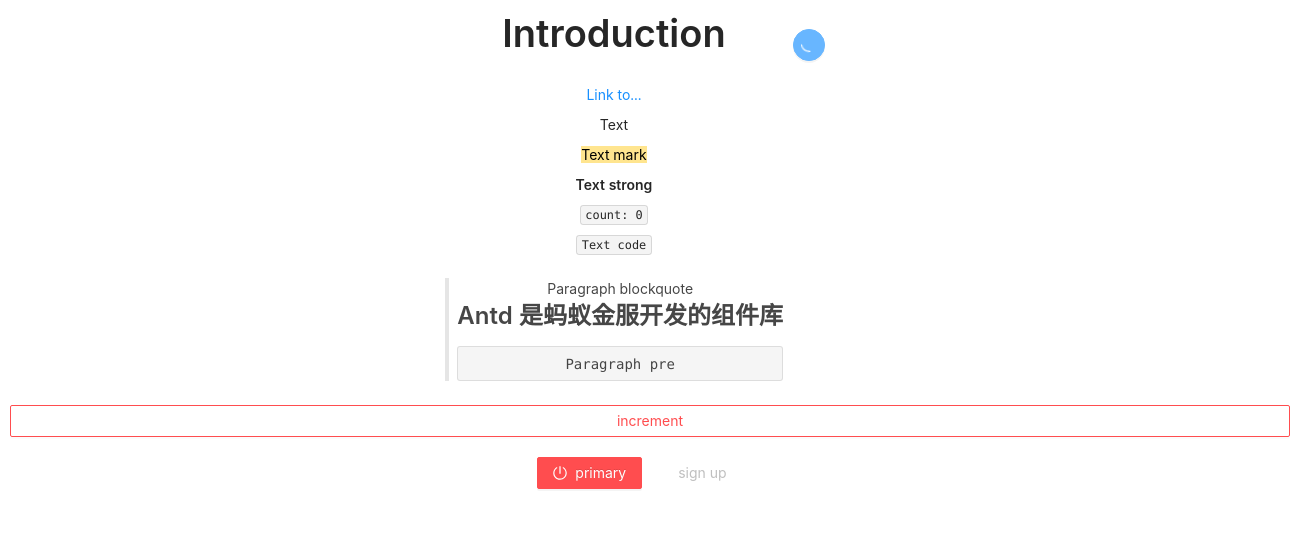
Repository: ErosHai/antd-demo
Page: /
The author's editor kept a copy of each file at every save. The page is drawn from the files as they stood at one save, then again after the next save.
The browser window is 1280 px wide. The page is 1300 px wide, so the pictures cover 1300 px, including what lies to the right of the window. The pictures show the whole page.
The project was rebuilt for these pictures with package versions that can differ from the ones it lists, and the page was loaded fresh each time.

Above is the page before, as saved 2022-04-12 15:37:10.

### src/index.js
import React from 'react'
import { createRoot } from 'react-dom/client'
import './index.css'
import App from './App'
import reportWebVitals from './reportWebVitals'

const root = createRoot(document.getElementById('root'))
root.render(<App />)

// If you want to start measuring performance in your app, pass a function
// to log results (for example: reportWebVitals(console.log))
// or send to an analytics endpoint. Learn more: https://bit.ly/CRA-vitals
reportWebVitals()

### src/App.js
import './App.css'
import { Button, Tooltip, Typography, Space } from 'antd'
import { BlockOutlined, SearchOutlined } from '@ant-design/icons'
import { useState } from 'react'
import { PoweroffOutlined } from '@ant-design/icons'

function App() {
	const [count, setCount] = useState(0)

	const { Title, Paragraph, Link, Text } = Typography

	const blockContent = `  Antd 是蚂蚁金服开发的组件库`

	return (
		<div className="App">
			<Space direction="vertical">
				<Title>Introduction</Title>
				<Link href="https://www.baidu.com">Link to...</Link>
				<Text>Text</Text>
				<Text mark>Text mark</Text>
				<Text strong>Text strong</Text>
				<Text code> {`count: ${count}`} </Text>
				<Text code>Text code</Text>
				<Paragraph>
					<blockquote>
						Paragraph blockquote
						<Title level={3}> {blockContent} </Title>
						<pre>Paragraph pre</pre>
					</blockquote>
				</Paragraph>
			</Space>

			<Tooltip title="search">
				<Button
					type="primary"
					shape="circle"
					loading="true"
					icon={<SearchOutlined />}
				></Button>
			</Tooltip>
			<Button
				type="default"
				onClick={() => {
					setCount(count + 1)
				}}
				block
				ghost
				danger
			>
				increment
			</Button>
			<Button type="primary" danger icon={<PoweroffOutlined />}>
				primary
			</Button>
			<Button type="text" disabled>
				sign up
			</Button>
		</div>
	)
}

export default App

### src/App.css
@import '~antd/dist/antd.css';

.App {
  text-align: center;
  /* background-color: #282c34; */
  padding:10px 0px;

}

.App button {
  margin:  10px;
}
.App-logo {
  height: 40vmin;
  pointer-events: none;
}

@media (prefers-reduced-motion: no-preference) {
  .App-logo {
    animation: App-logo-spin infinite 20s linear;
  }
}

.App-header {
  background-color: #282c34;
  min-height: 100vh;
  display: flex;
  flex-direction: column;
  align-items: center;
  justify-content: center;
  font-size: calc(10px + 2vmin);
  color: white;
}

.App-link {
  color: #61dafb;
}

@keyframes App-logo-spin {
  from {
    transform: rotate(0deg);
  }
  to {
    transform: rotate(360deg);
  }
}

Loaded but not shown: public/index.html (common file); src/index.css (common file); src/reportWebVitals.js (common file)

After the next save:
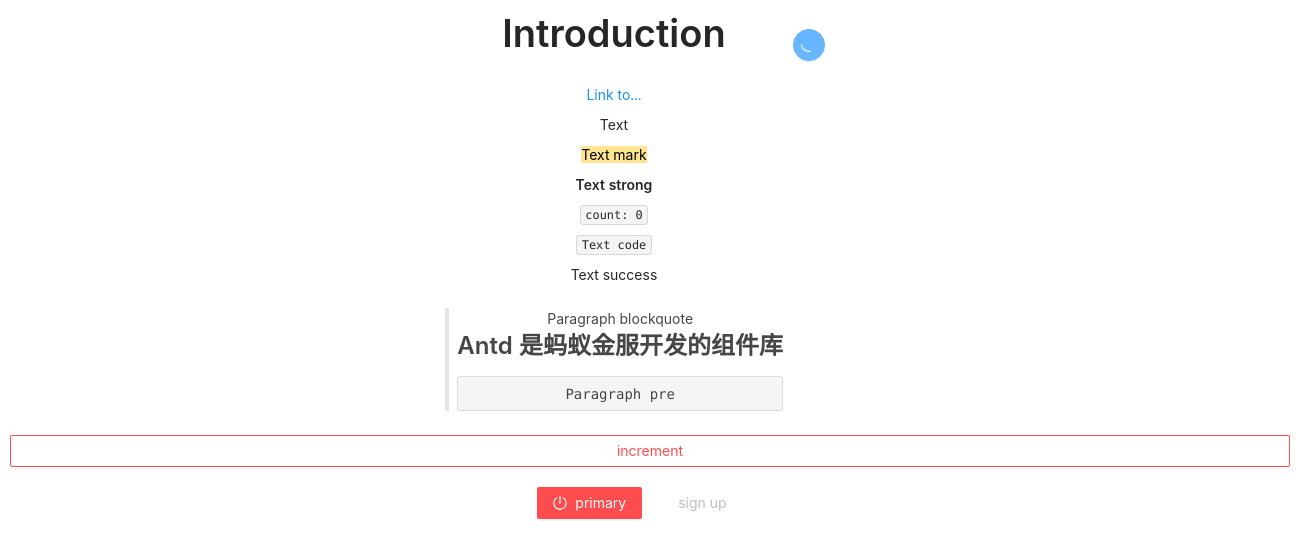
Saved 3 min 56 s later.
--- a/src/App.js
+++ b/src/App.js
@@ -21,6 +21,7 @@ function App() {
 				<Text strong>Text strong</Text>
 				<Text code> {`count: ${count}`} </Text>
 				<Text code>Text code</Text>
+				<Text success>Text success</Text>
 				<Paragraph>
 					<blockquote>
 						Paragraph blockquote
